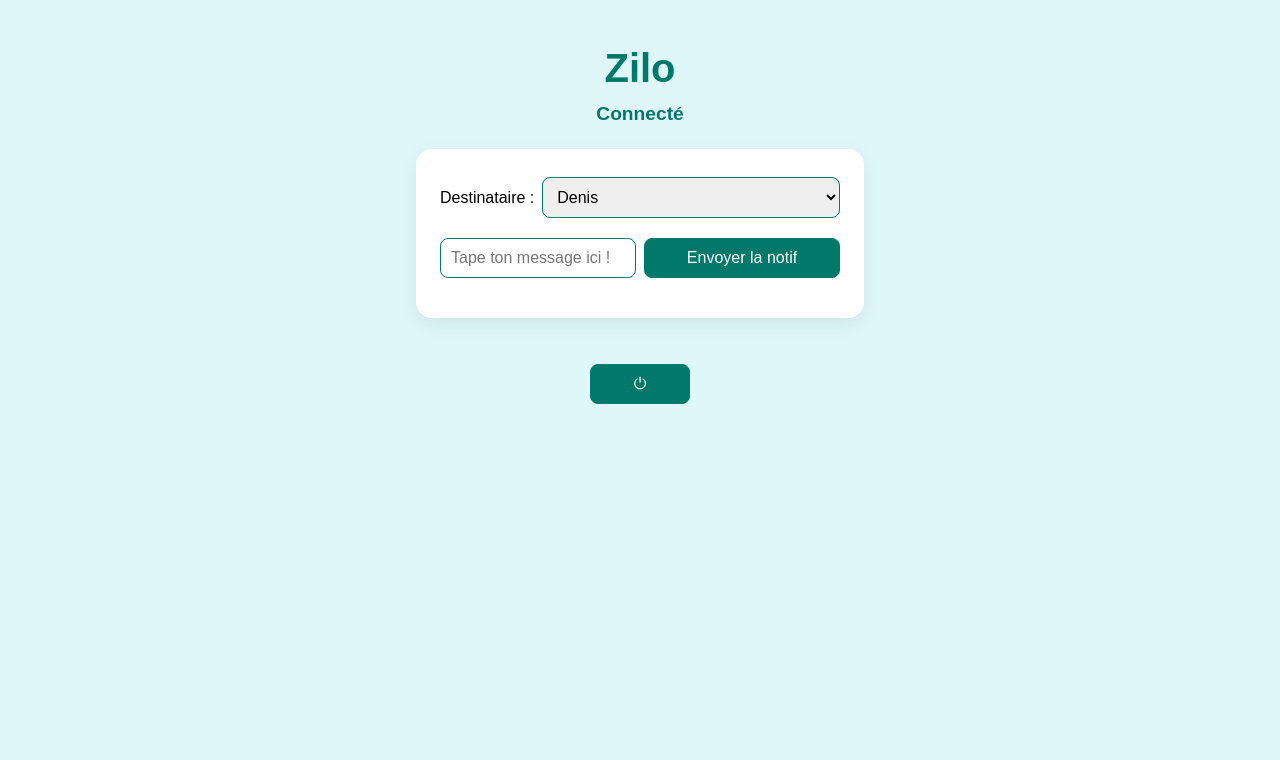
Repository: nlagardere/LumoNet
Page: public/index.html
These files come from the project's save history. The page is drawn as it stood at one moment and after a run of saves; the edit follows.
The browser window is 1280 px wide. The pictures show the whole page.

Above is the page before, as saved 2025-08-18 20:30:27.

After the next 2 saves:
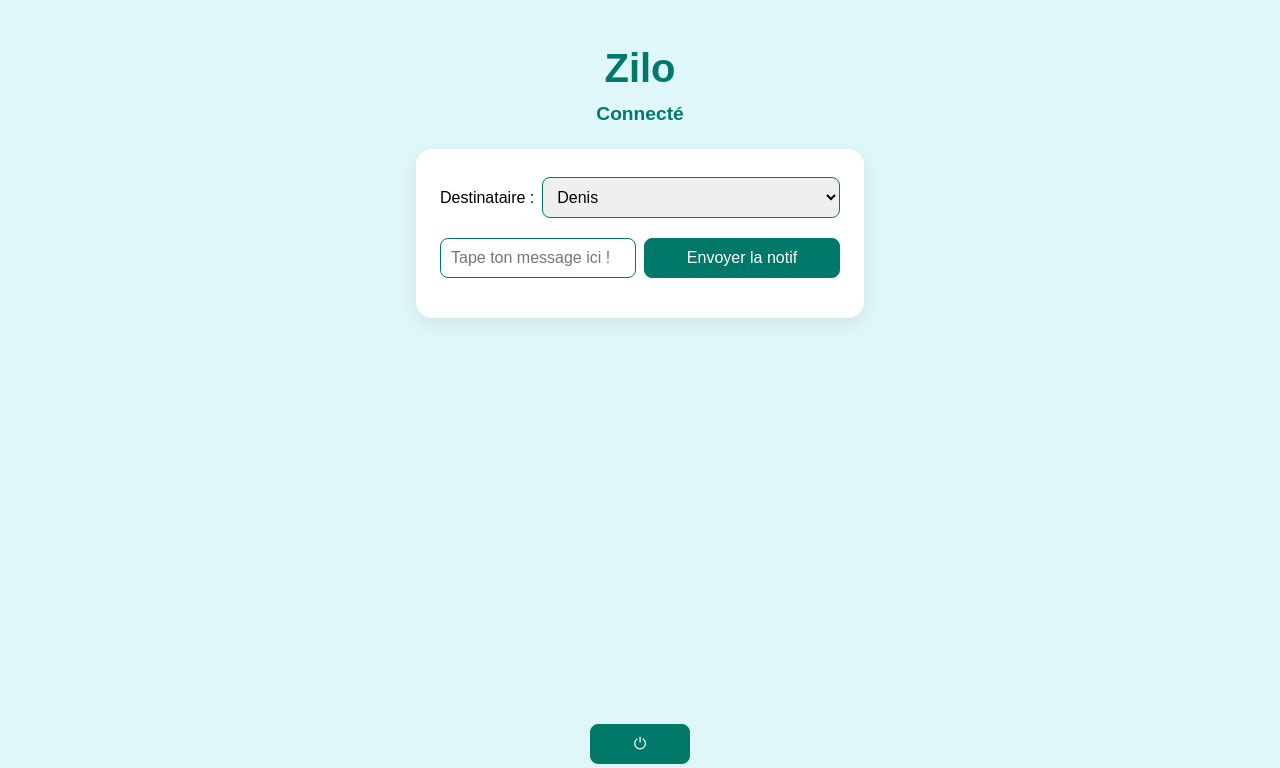
The 2 saves are shown as one change because they came seconds apart.
The last was saved 18 s later.
--- a/public/index.html
+++ b/public/index.html
@@ -80,7 +80,7 @@
 
     .logout {
       position: absolute;
-      top: 50%;
+      top: 100%;
       display:flex;
       justify-content:center;
       align-items:center;
